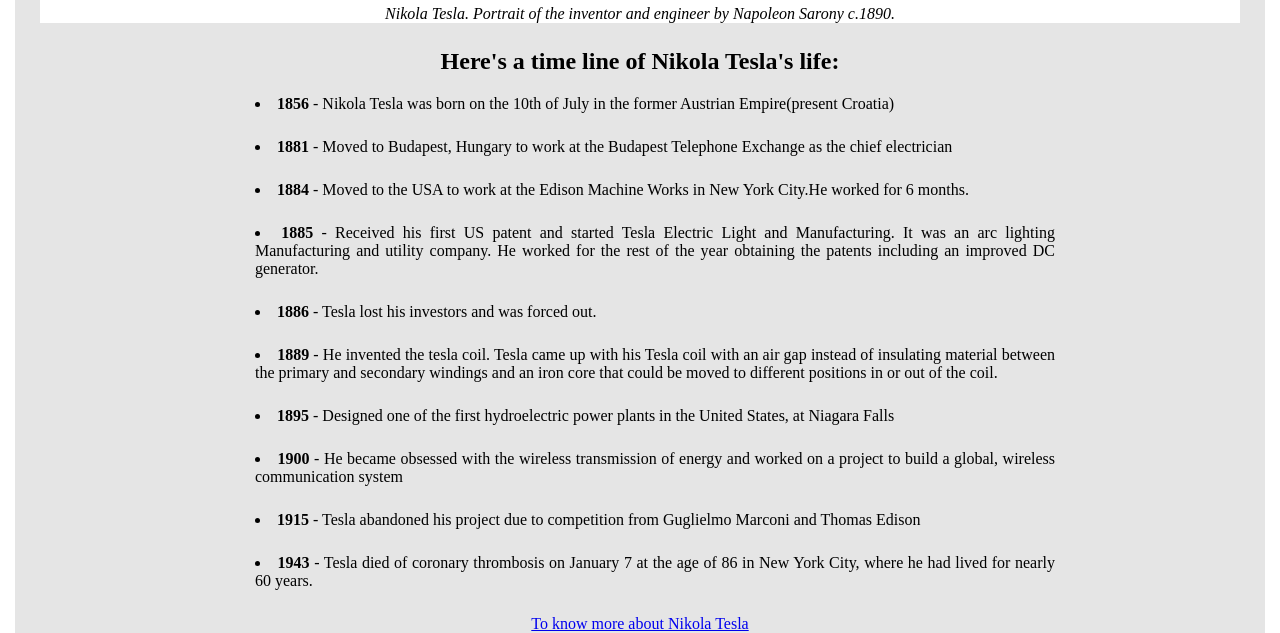
Repository: Avishka217/Tribute-Page
Page: index.html
The author's editor kept a copy of each file at every save. The page is drawn from the files as they stood at one save, then again after the next save.
The browser window is 1280 px wide. The pictures show the part of the page from y = 576 to 1209 px (the page is 1209 px tall).
A picture or video elsewhere on the page could not be fetched, so the positions and the page height are approximate.

Above is the page before, as saved 2020-03-18 19:54:18.

### index.html
<!DOCTYPE html>
<html>

<head>
    <link rel="stylesheet" href="styles.css">
    <link href="https://fonts.googleapis.com/css?family=Libre+Baskerville&display=swap" rel="stylesheet">
    <title>Nikola Tesla | Tribute Page</title>
</head>

<body>
    <div id="header">
        <script src="https://cdn.freecodecamp.org/testable-projects-fcc/v1/bundle.js"></script>
    </div>
    <main id="main">
        <div id="title-content">
            <h1 id="title">NIKOLA TESLA</h1>
            <p>The genius who lit the world</p>
        </div>
        <div id="main-content">
            <figure id="img-div">
                <center><img id="image" src="https://www.hands-free.co.uk/wp-content/uploads/2018/06/nikola-tesla.jpg">
                </center>
                <figcaption id="img-caption">Nikola Tesla. Portrait of the inventor and engineer by Napoleon Sarony
                    c.1890.</figcaption>
            </figure>

        </div>
        <div id="tribute-info">
            <h2>Here's a time line of Nikola Tesla's life:</h2>

            <ul id="lists">
                <li><b>1856</b> - Nikola Tesla was born on the 10th of July in the former Austrian Empire(present
                    Croatia)</li>
                <li><b>1881</b> - Moved to Budapest, Hungary to work at the Budapest Telephone Exchange as the chief
                    electrician</li>
                <li><b>1884</b> - Moved to the USA to work at the Edison Machine Works in New York City.He worked for 6
                    months.
                </li>
                <li><b>1885</b> - Received his first US patent and started Tesla Electric Light and Manufacturing. It
                    was an arc lighting Manufacturing
                    and utility company. He worked for the rest of the year obtaining the patents including an improved
                    DC generator.</li>
                <li><b>1886</b> - Tesla lost his investors and was forced out.</li>
                <li><b>1889</b> - He invented the tesla coil. Tesla came up with his Tesla coil with an air gap instead
                    of insulating material between the primary and secondary windings and an iron core that could be
                    moved to different positions in or out of the coil.</li>

                <li><b>1895</b> - Designed one of the first hydroelectric power plants in the United States, at Niagara
                    Falls</li>
                <li><b>1900</b> - He became obsessed with the wireless transmission of energy and worked on a project to
                    build a global, wireless communication system</li>
                <li><b>1915</b> - Tesla abandoned his project due to competition from Guglielmo Marconi and Thomas
                    Edison</li>
                <li><b>1943</b> - Tesla died of coronary thrombosis on January 7 at the age of 86 in New York City,
                    where he had lived for nearly 60 years. </li>
            </ul>
            <a id="tribute-link" target="_blank" href="https://en.wikipedia.org/wiki/Nikola_Tesla">To know more about
                Nikola Tesla</a>
        </div>
    </main>

</body>

</html>

### styles.css
body{
  overflow-x: hidden;
  margin: 0 auto;
  width: 100%;
}
#header{
width: 100%;
  background-color:hsl(240, 80%, 8%);
  height: 60px;


}

#main{
  display: block;

  position: absolute;
  right: 0;
  left: 0;
  margin: 0px 15px;
  padding-top: 10px;
  background-color: rgb(0, 0, 0, 0.1);
  text-align: center;

}

#title-content{
  padding-top:  25px;
  text-align: center;
}
#title-content p{
  font-family: Helvetica, sans-serif
}
#main-content{
  padding-top: 30px;
  margin: 25px;
  background-color:white;
}

#title{
  position: relative;
  font-family:'Libre Baskerville', serif;
  font-size: 30px;
  text-align: center;
  margin-top: 15px;;

}


#image{
  display: block;
  max-width: 100%;
  height: auto;
  margin-bottom: 25px;

}
@media(min-width: 525px){
  #image{
    width:400px;
  }
}

#img-caption{
  text-align: center;
  font-style: italic;
}



#tribute-info{

  display: block;
  width: 100%;
  position: relative;
  text-align: center;
  list-style-position: inside;



}

#tribute-info ul{
display: block;
  padding-right: 10px;;
  width:800px;
  margin: auto;
  text-align: justify;

}
@media(max-width: 800px){
  #tribute-info  ul{
    width:auto;
  }
}
#tribute-info  li{


  margin-bottom: 25px;
}

After the next save:
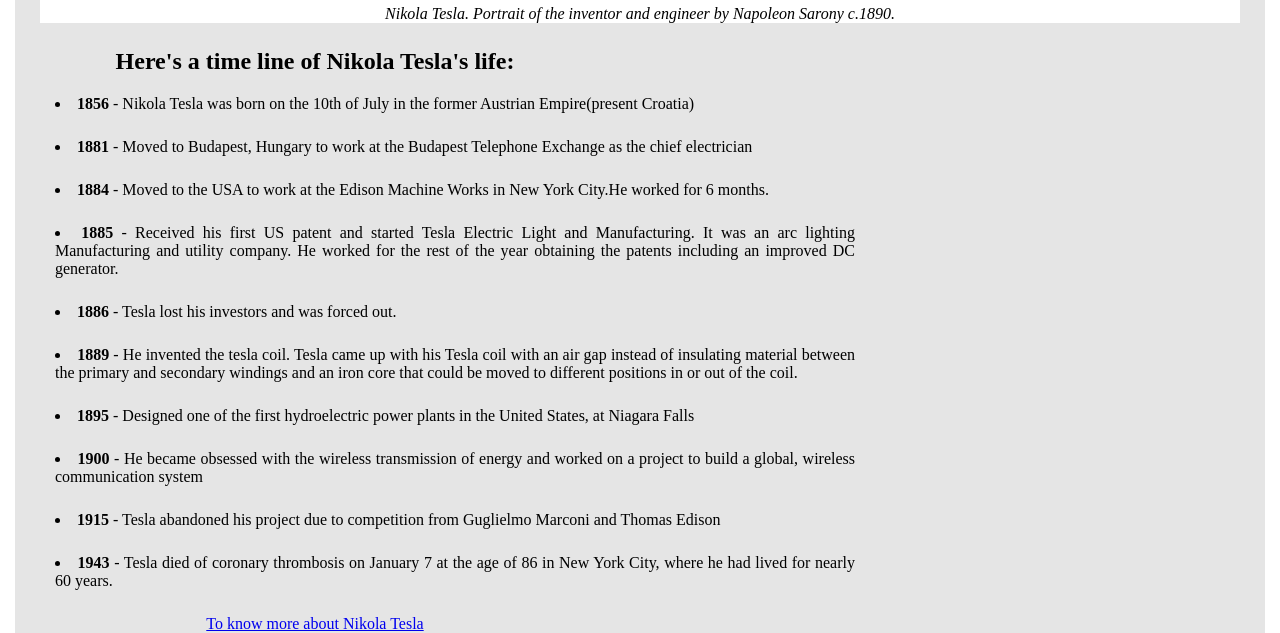
Saved 49 s later.
--- a/styles.css
+++ b/styles.css
@@ -70,7 +70,7 @@
 #tribute-info{
 
   display: block;
-  width: 100%;
+  width: 600px;
   position: relative;
   text-align: center;
   list-style-position: inside;
